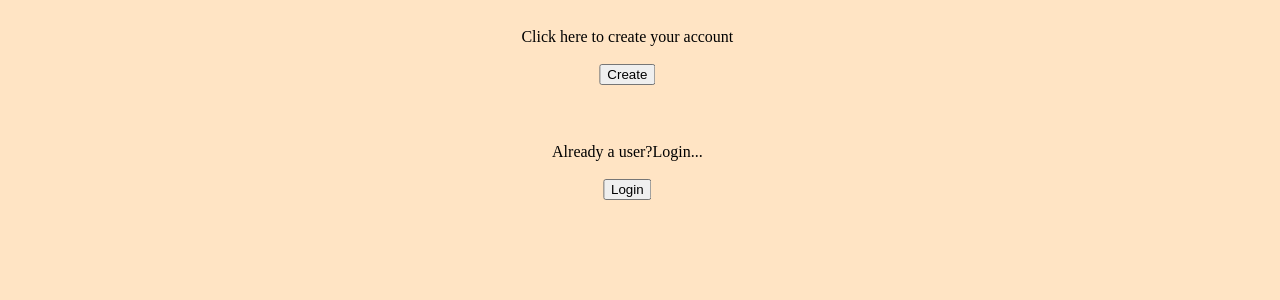
Repository: rosikraj/TurbifyTraining
Page: Wallet/WebContent/button.html
The author's editor kept a copy of each file at every save. The page is drawn from the files as they stood at one save, then again after the next save.
The browser window is 1280 px wide. The pictures show the whole page.

Above is the page before, as saved 2023-09-24 08:02:43.

After the next save:
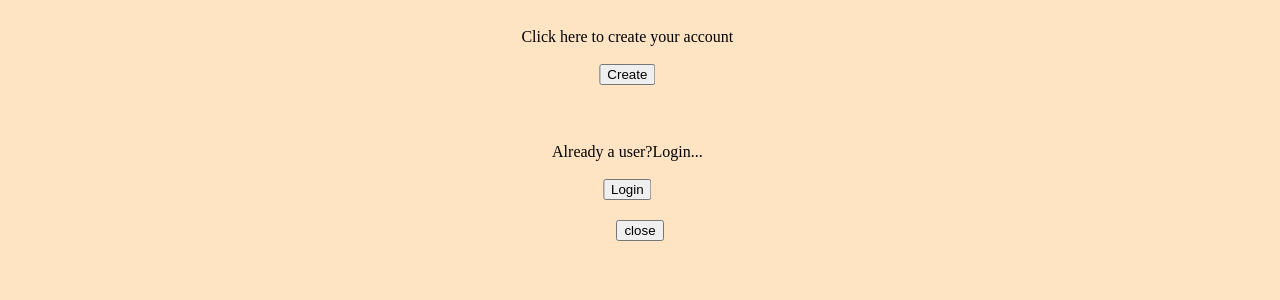
Saved 2 min 27 s later.
--- a/Wallet/WebContent/button.html
+++ b/Wallet/WebContent/button.html
@@ -31,6 +31,7 @@ Click here to create your account<br><br>
 Already a user?Login...<br><br>
 <input type="submit" name="login" value="Login">
 </form>
+<button onclick="window.close()">close</button>
 </center>
 </body>
 </html>
